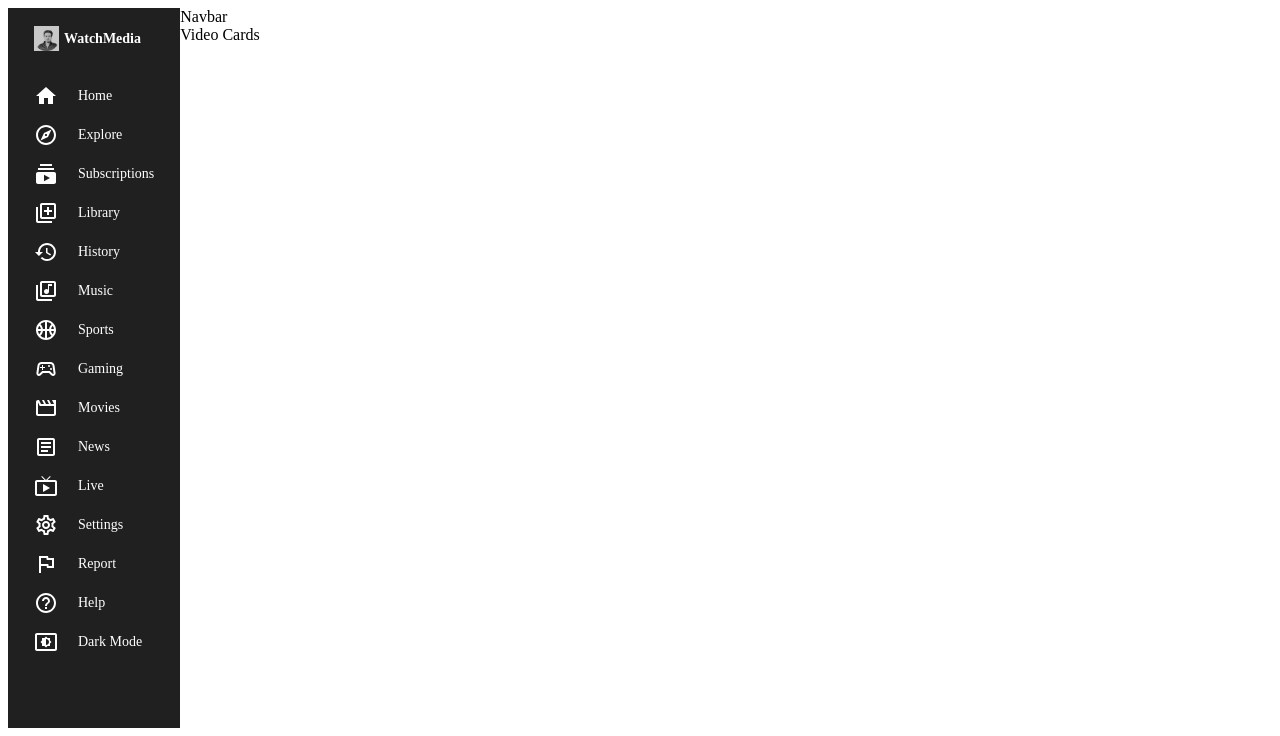
Repository: inzamamahmad3/final-year-project-skeleton
Page: /video/test
The author's editor kept a copy of each file at every save. The page is drawn from the files as they stood at one save, then again after the next save.
The browser window is 1280 px wide. The pictures show the whole page.
The project was rebuilt for these pictures with package versions that can differ from the ones it lists, and the page was loaded fresh each time.

Above is the page before, as saved 2023-07-18 00:19:02.

### src/App.js
import styled from "styled-components";
import Menu from "./components/Menu";
import Navbar from "./components/Navbar";

const Container = styled.div`
  display: flex;
`;
const Main = styled.div`
  flex: 7;
`;
const Wrapper = styled.div``;

function App() {
  return (
    <>
      <Container>
        <Menu />
        <Main>
          <Navbar />
          <Wrapper>Video Cards</Wrapper>
        </Main>
      </Container>
    </>
  );
}

export default App;

### src/components/Menu.jsx
import React from "react";
import styled from "styled-components";
import watch from "../img/pic.png";
import HomeIcon from "@mui/icons-material/Home";
import ExploreOutlinedIcon from "@mui/icons-material/ExploreOutlined";
import SubscriptionsIcon from "@mui/icons-material/Subscriptions";
import LibraryAddOutlinedIcon from "@mui/icons-material/LibraryAddOutlined";
import HistoryOutlinedIcon from "@mui/icons-material/HistoryOutlined";
import LibraryMusicOutlinedIcon from "@mui/icons-material/LibraryMusicOutlined";
import SportsEsportsOutlinedIcon from "@mui/icons-material/SportsEsportsOutlined";
import SportsBasketballOutlinedIcon from "@mui/icons-material/SportsBasketballOutlined";
import MovieOutlinedIcon from "@mui/icons-material/MovieOutlined";
import ArticleOutlinedIcon from "@mui/icons-material/ArticleOutlined";
import LiveTvOutlinedIcon from "@mui/icons-material/LiveTvOutlined";
import AccountCircleOutlinedIcon from "@mui/icons-material/AccountCircleOutlined";
import SettingsOutlinedIcon from "@mui/icons-material/SettingsOutlined";
import FlagOutlinedIcon from "@mui/icons-material/FlagOutlined";
import HelpOutlineOutlinedIcon from "@mui/icons-material/HelpOutlineOutlined";
import SettingsBrightnessOutlinedIcon from "@mui/icons-material/SettingsBrightnessOutlined";
import { Link } from "react-router-dom";

const Container = styled.div`
  flex: 1;
  background-color: #202020;
  height: 100vh;
  color: white;
  font-size: 14px;
`;

const Wrapper = styled.div`
  padding: 18px 26px;
`;

const Logo = styled.div`
  display: flex;
  align-items: center;
  gap: 5px;
  font-weight: bold;
  margin-bottom: 25px;
`;

const Item = styled.div`
  display: flex;
  align-items: center;
  gap: 20px;
  cursor: pointer;
  padding: 7.5px 0px;
`;

const Img = styled.img`
  height: 25px;
`;

const Hr = styled.hr`
  margin: 15px 0px;
  border: 0.5px solid ${({ theme }) => theme.soft};
`;

function Menu() {
  return (
    <Container>
      <Wrapper>
        <Logo>
          <Img src={watch} />
          WatchMedia
        </Logo>
        <Item>
          <HomeIcon />
          Home
        </Item>
        <Item>
          <ExploreOutlinedIcon />
          Explore
        </Item>
        <Item>
          <SubscriptionsIcon />
          Subscriptions
        </Item>
        <Item>
          <LibraryAddOutlinedIcon />
          Library
        </Item>
        <Item>
          <HistoryOutlinedIcon />
          History
        </Item>
        <Item>
          <LibraryMusicOutlinedIcon />
          Music
        </Item>
        <Item>
          <SportsBasketballOutlinedIcon />
          Sports
        </Item>
        <Item>
          <SportsEsportsOutlinedIcon />
          Gaming
        </Item>
        <Item>
          <MovieOutlinedIcon />
          Movies
        </Item>
        <Item>
          <ArticleOutlinedIcon />
          News
        </Item>
        <Item>
          <LiveTvOutlinedIcon />
          Live
        </Item>
        <Item>
          <SettingsOutlinedIcon />
          Settings
        </Item>
        <Item>
          <FlagOutlinedIcon />
          Report
        </Item>
        <Item>
          <HelpOutlineOutlinedIcon />
          Help
        </Item>
        <Item>
          <SettingsBrightnessOutlinedIcon />
          Dark Mode
        </Item>
      </Wrapper>
    </Container>
  );
}

export default Menu;

Loaded but not shown: public/index.html (common file); src/index.js (common file); src/components/Navbar.jsx (common file)

After the next save:
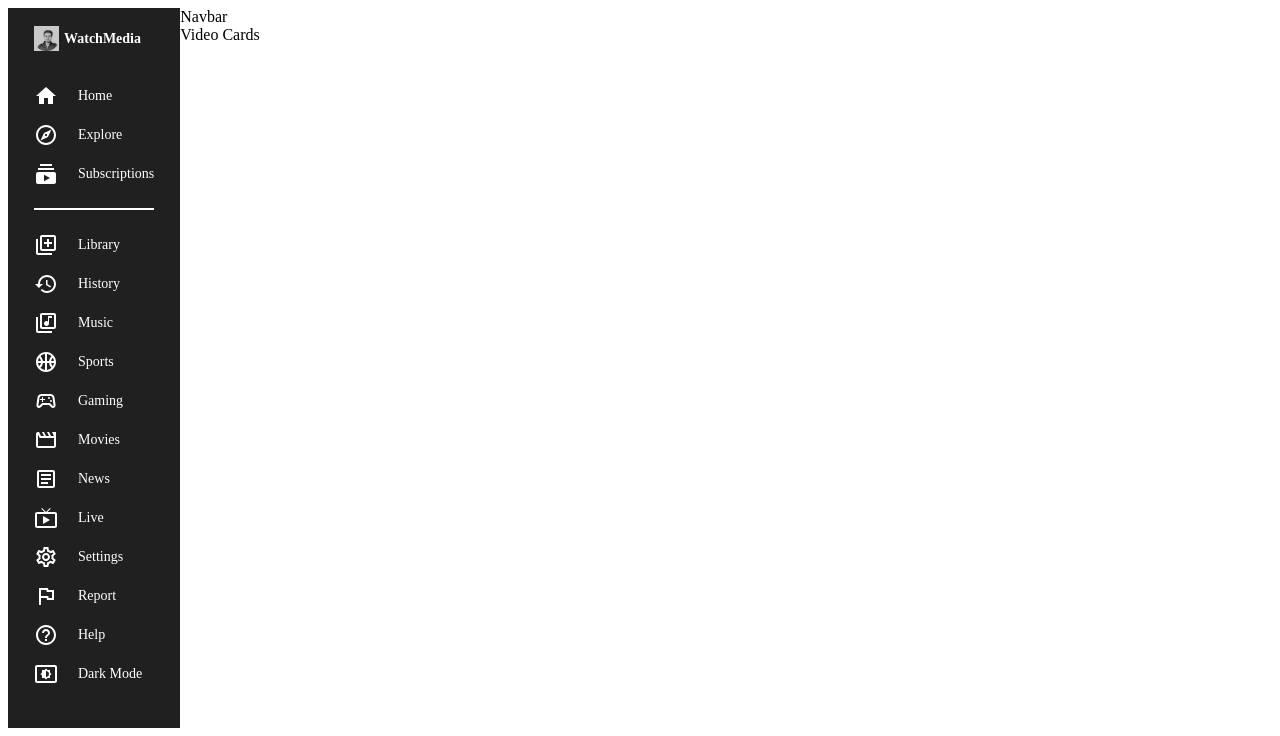
Saved 28 s later.
--- a/src/components/Menu.jsx
+++ b/src/components/Menu.jsx
@@ -76,6 +76,7 @@ function Menu() {
           <SubscriptionsIcon />
           Subscriptions
         </Item>
+        <Hr />
         <Item>
           <LibraryAddOutlinedIcon />
           Library
